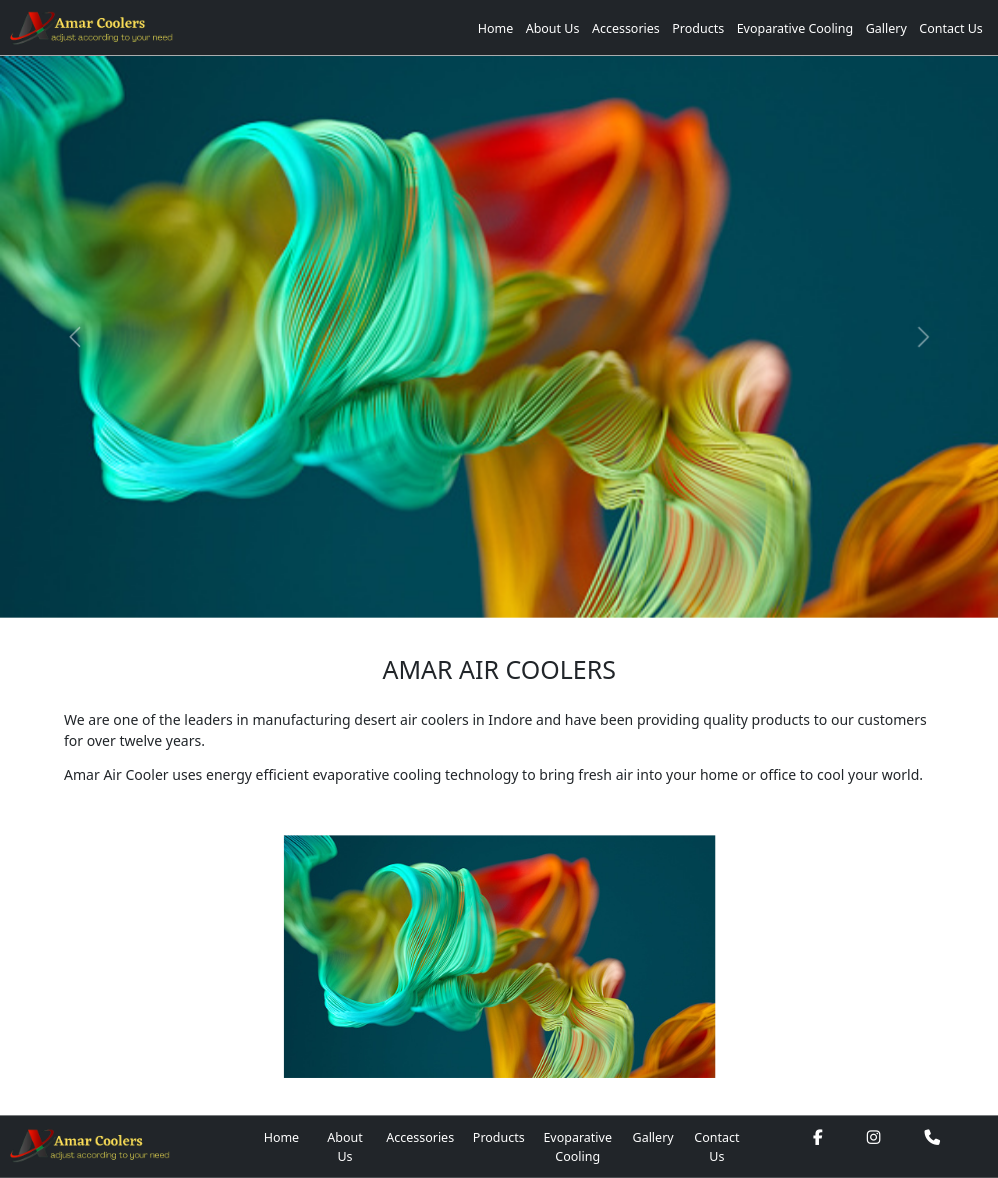
Repository: dhavalmaniyar/divakar
Page: http://localhost/
The author's editor kept a copy of each file at every save. The page is drawn from the files as they stood at one save, then again after the next save.
The browser window is 1280 px wide. The pictures show the whole page, at 78% of full size.
Some web libraries are served in a nearby version. The page is served by the project's application, run on Django 3.2 (divakar_app/manage.py).

Above is the page before, as saved 2021-12-08 16:36:49.

After the next save:
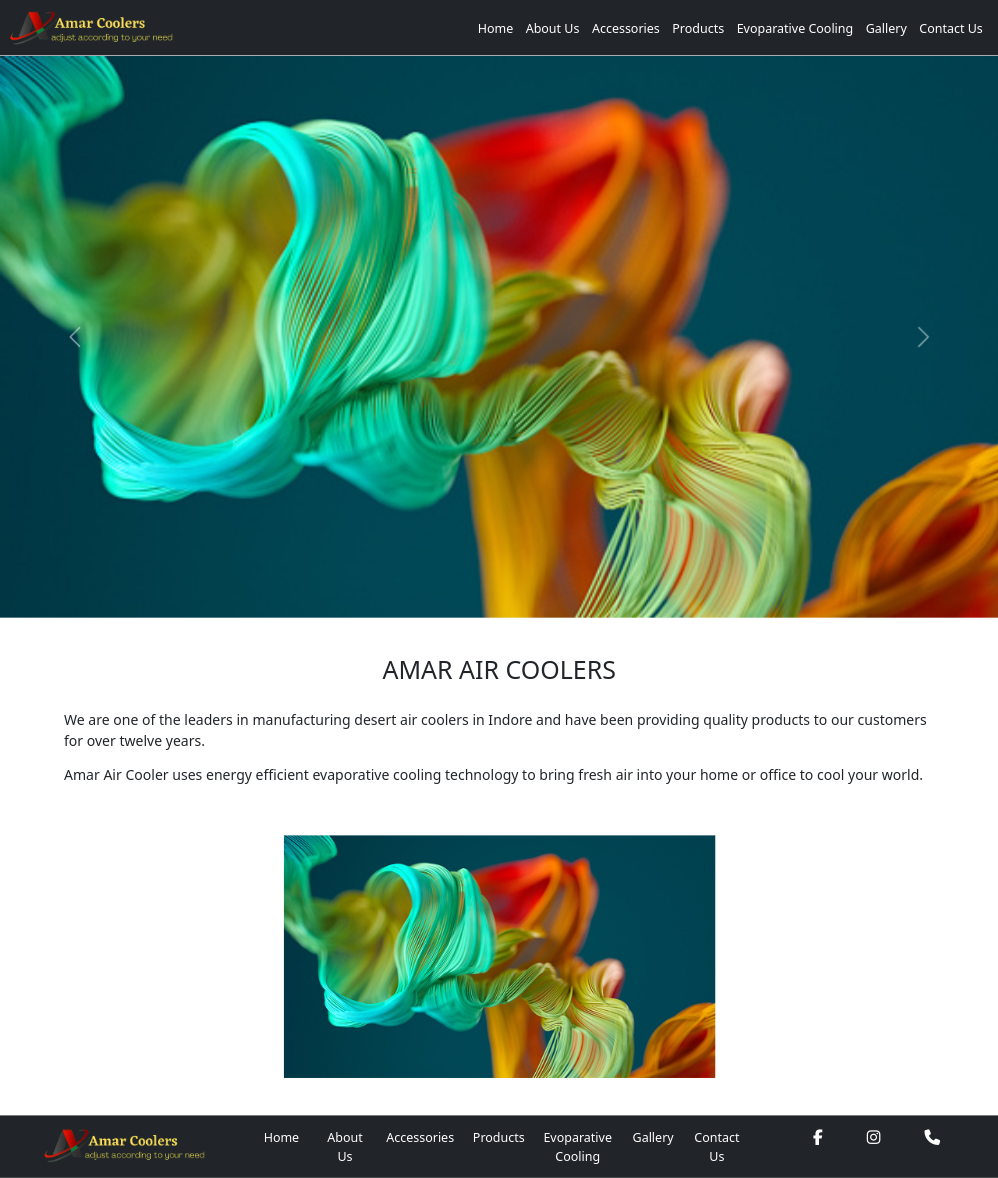
Saved 16 s later.
--- a/divakar_app/templates/base.html
+++ b/divakar_app/templates/base.html
@@ -62,7 +62,7 @@
     {% endblock body %}
     <br><br>
     <div class="row bg-dark mx-0 py-3">
-        <div class="col-md-3">
+        <div class="col-md-3 text-center">
             <img src="{%static '/images/amarlogo.png'%}" alt="" width="70%" height="44"
                     class="d-inline-block align-text-top">
         </div>
